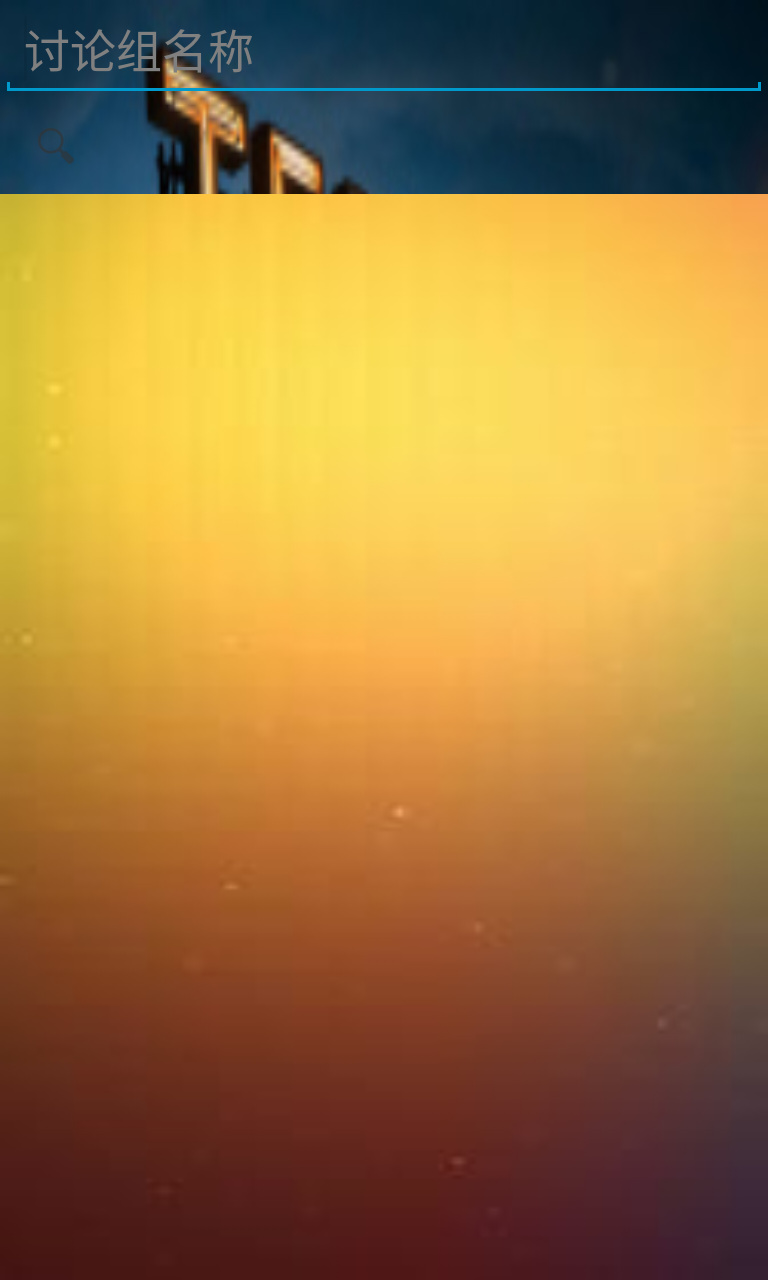
Repository: aojue/HappyAA
Layout: HappyAA/res/layout/creat_tell.xml
The author's editor kept a copy of each file at every save. The layout is drawn from the files as they stood at one save, then again after the next save.
It is drawn on a 768 x 1280 px phone screen (xhdpi) without system bars, with theme AppTheme; the app's code is not run. Lists and similar views that code fills are empty.

Above is the layout before, as saved 2014-10-26 03:15:43.

After the next save:
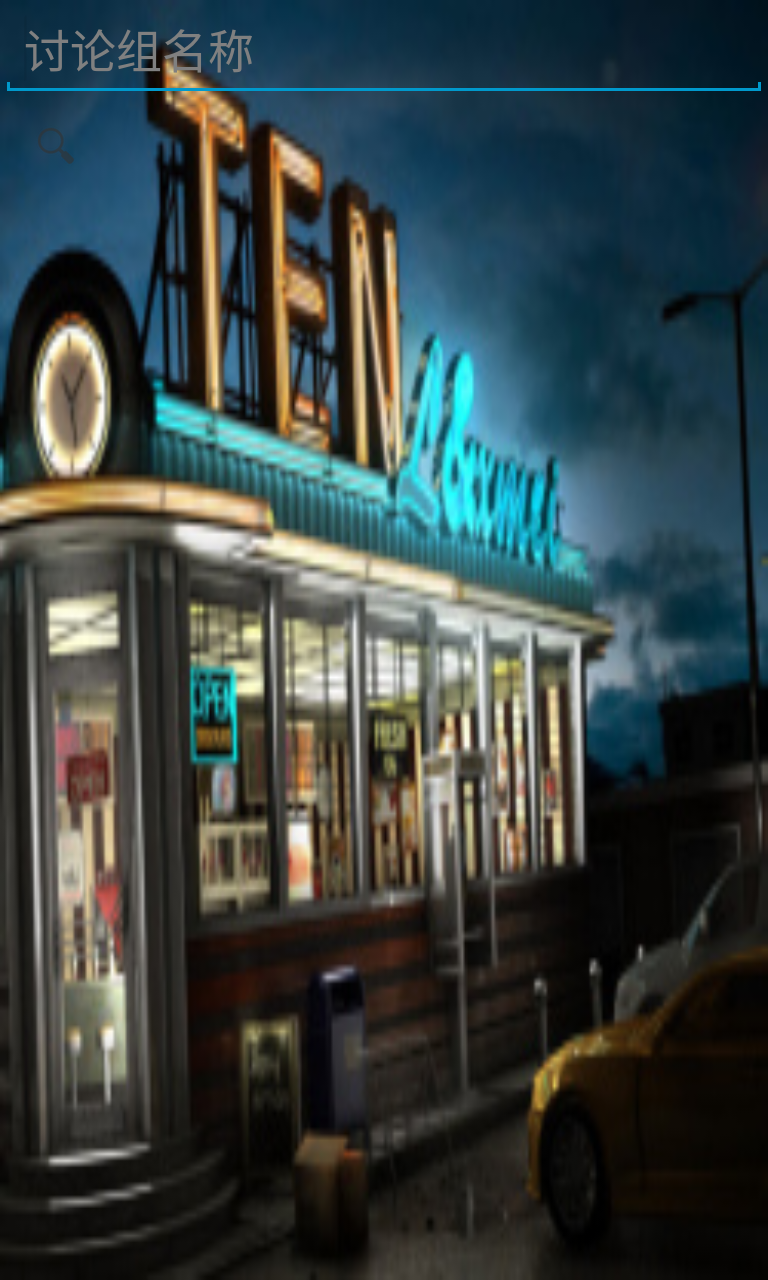
Saved 64 s later.
--- a/HappyAA/res/layout/creat_tell.xml
+++ b/HappyAA/res/layout/creat_tell.xml
@@ -37,7 +37,7 @@
                 android:cacheColorHint="#00000000"
         		android:dividerHeight="0dp"
         		android:focusableInTouchMode="true"
-        		android:background="@drawable/ic_lb_f">
+        		>
             </ListView>
 
     </LinearLayout>
